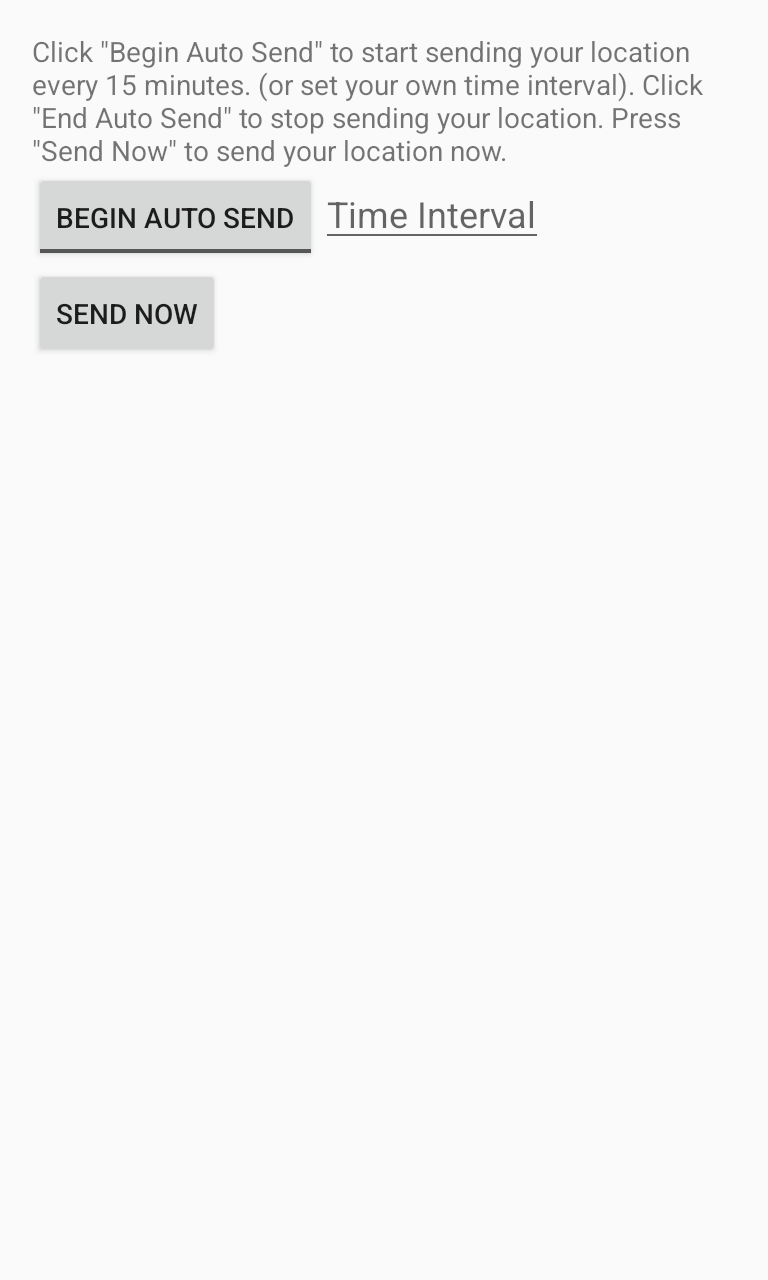
Repository: haidark/rahat
Layout: android/Rahat/res/layout/fragment_main.xml
These files come from the project's save history. The layout is drawn as it stood at one moment and after the next save; the edit follows.
It is drawn on a 768 x 1280 px phone screen (xhdpi) without system bars, with theme AppTheme; the app's code is not run.

Above is the layout before, as saved 2014-05-01 23:47:08.

### android/Rahat/res/layout/fragment_main.xml
<LinearLayout xmlns:android="http://schemas.android.com/apk/res/android"
    xmlns:tools="http://schemas.android.com/tools"
    android:layout_width="match_parent"
    android:layout_height="match_parent"
    android:paddingBottom="@dimen/activity_vertical_margin"
    android:paddingLeft="@dimen/activity_horizontal_margin"
    android:paddingRight="@dimen/activity_horizontal_margin"
    android:paddingTop="@dimen/activity_vertical_margin"
    tools:context="com.example.rahat.MainActivity$PlaceholderFragment"
	android:orientation="vertical" >
    <TextView android:id="@+id/text_top"
	          android:layout_width="wrap_content"
	          android:layout_height="wrap_content"
	          android:text="@string/text_info" />

    <LinearLayout android:layout_width="wrap_content"
    			  android:layout_height="wrap_content"
    			  android:orientation="horizontal">

        <ToggleButton
            	android:id="@+id/togglebutton"
            	android:layout_width="wrap_content"
		        android:layout_height="wrap_content"
		        android:textOff="@string/button_start"
    			android:textOn="@string/button_stop"
		        android:onClick="toggleService" />

        <EditText android:id="@+id/edit_1"
        		  android:layout_width="wrap_content"
        		  android:layout_height="wrap_content"
        		  android:maxWidth="200dp"
        		  android:hint="@string/edit_1" />

    </LinearLayout>

    <Button
        android:layout_width="wrap_content"
        android:layout_height="wrap_content"
        android:text="@string/button_send"
        android:onClick="sendLocation" />

    <ScrollView android:layout_width="fill_parent"
    			android:layout_height="wrap_content" >

	    <TextView android:id="@+id/text_1"
	        android:layout_width="wrap_content"
	        android:layout_height="wrap_content"
	        android:text="@string/text_scroll" />

	</ScrollView>

</LinearLayout>

### android/Rahat/res/values/strings.xml
<?xml version="1.0" encoding="utf-8"?>
<resources>

    <string name="app_name">Rahat</string>
    <string name="action_settings">Settings</string>
	<string name="edit_1">Time Interval</string>
	<string name="text_info">
	    Click \"Begin Auto Send\" to start sending your location every 15 minutes.
	    (or set your own time interval).
	    Click \"End Auto Send\" to stop sending your location.
	    Press \"Send Now\" to send your location now.
	    </string>
	<string name="text_scroll"></string>
	<string name="button_send">Send Now</string>
	<string name="button_start">Begin Auto Send</string>
	<string name="button_stop">End Auto Send</string>
	<string name="title_activity_main">MainActivity</string>
</resources>

Loaded but not shown: android/Rahat/res/values/styles.xml (common file); android/Rahat/res/values-v11/styles.xml (common file); android/Rahat/res/values-v14/styles.xml (common file); android/Rahat/res/values/dimens.xml (common file); android/Rahat/res/values-w820dp/dimens.xml (common file)

After the next save:
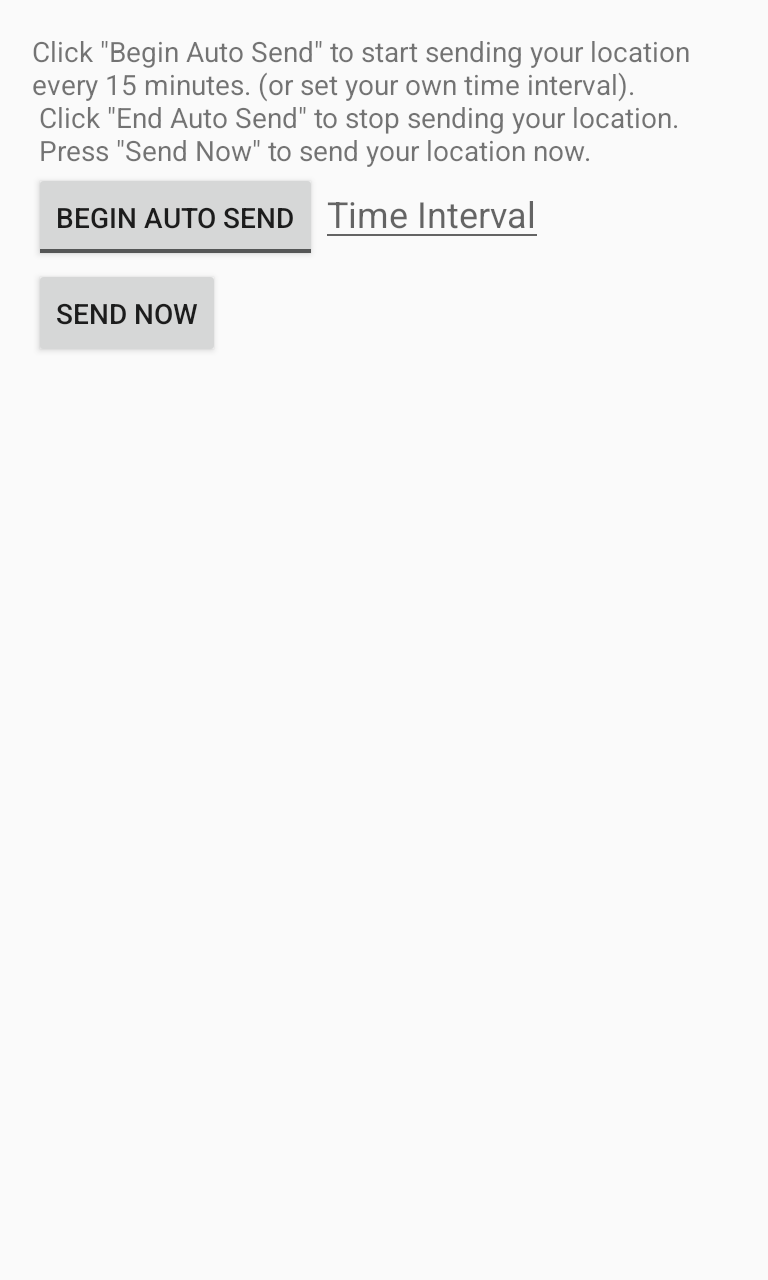
Saved 40 s later.
--- a/android/Rahat/res/values/strings.xml
+++ b/android/Rahat/res/values/strings.xml
@@ -6,8 +6,8 @@
 	<string name="edit_1">Time Interval</string>
 	<string name="text_info">
 	    Click \"Begin Auto Send\" to start sending your location every 15 minutes.
-	    (or set your own time interval).
-	    Click \"End Auto Send\" to stop sending your location.
+	    (or set your own time interval).\n
+	    Click \"End Auto Send\" to stop sending your location.\n
 	    Press \"Send Now\" to send your location now.
 	    </string>
 	<string name="text_scroll"></string>
